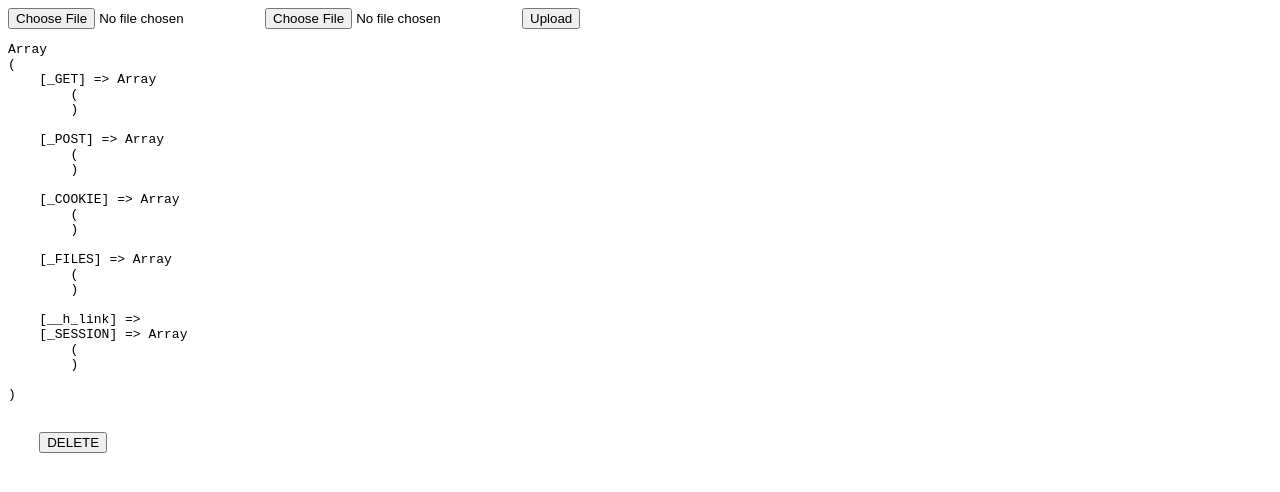
Repository: sara55m/File_Upload
Page: http://localhost/form2.php
These files come from the project's save history. The page is drawn as it stood at one moment and after the next save; the edit follows.
The browser window is 1280 px wide. The pictures show the whole page.
The page is run by PHP 8.4 with error messages shown; the project is at /var/www/html/.

Above is the page before, as saved 2024-09-02 22:55:28.

### form2.php
<!DOCTYPE html>
<html lang="en">
<head>
    <meta charset="UTF-8">
    <meta name="viewport" content="width=device-width, initial-scale=1.0">
    <title>File</title>
</head>
<body>
<form action="" method="post" enctype="multipart/form-data">

<input type="file" name="file0">
<input type="file" name="file1">
<input type="hidden" name="hd" value='upload'>
<input type="submit" name="submit" value="Upload">
</form>



<?php

require("my_func.php");

echo "<pre/>";

print_r($GLOBALS);
if($_POST){
    echo "<pre/>";
    print_r($_FILES);
    for($i=0;$i<count($_FILES);$i++){
    $mes=my_func($_FILES['file'.$i],3000,["png","gif","jpg","jpeg"],"uploads2/",$_GET['lang']);
    echo $mes[$_GET['lang']]."  ".$mes['file']."<br>";
    sleep(1);
    }

}
    ?>
    <form action="delete_func.php" method="post">
    <input type="submit" name="delete" value="DELETE">
    </form>


</body>
</html>

### my_func.php
<?php
session_start();
//$file=$_FILES["file"]
function my_func($file,$size,$exts,$path,$lang){
    $ext=explode(".",$file["name"]);
    $ext=end($ext);
    $ext=strtolower($ext);
    $size_limit=$size*1024;
    if($file['size']<=$size_limit){
        if(in_array($ext,$exts)){
            if(file_exists($path)){
                $name=time().".".$ext;
                move_uploaded_file($file["tmp_name"],$path.$name);
                $message["en"]= "File Uploaded Successfully";
                $message["ar"]= "تم رفع الملف بنجاح";
                $message['file']= $name;
                $_SESSION['count']=count($_FILES);
                $_SESSION['name']=$path.$name;
            }else{
                $message["en"]="Upload folder not found";
                $message["ar"]="المجلد غير موجود";
            }
        }else{
            $message["en"]="This file extension is not supported";
            $message["ar"]="هذا الامتداد غير مدعوم";
        }
    }else{
        $message["en"]="This file is too big";
        $message["ar"]="اللمف كبير للغاية";
    }
    return $message;
}
?>

After the next save:
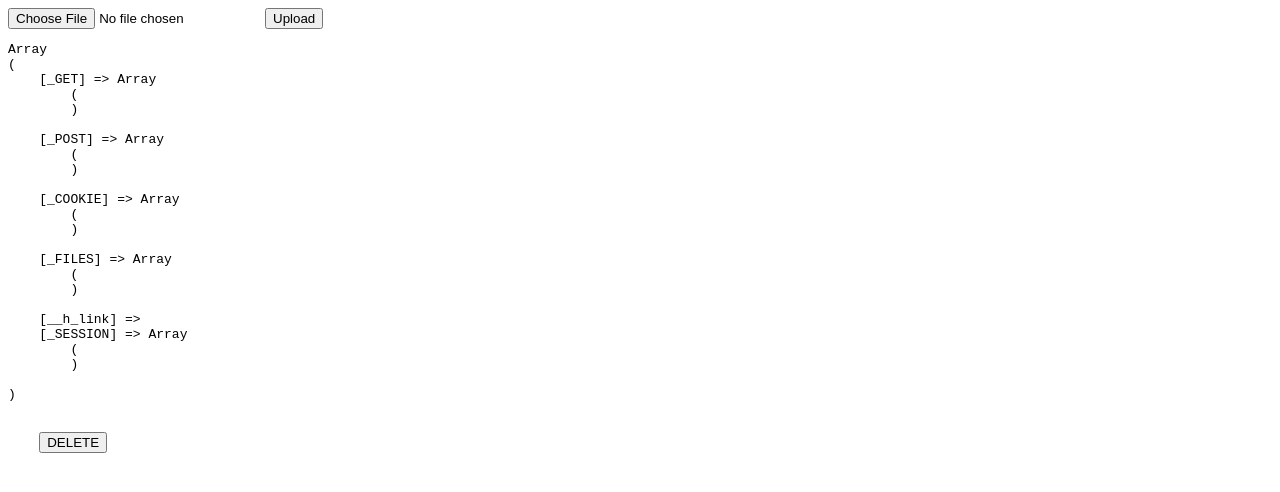
Saved 7 days later.
--- a/form2.php
+++ b/form2.php
@@ -9,7 +9,6 @@
 <form action="" method="post" enctype="multipart/form-data">
 
 <input type="file" name="file0">
-<input type="file" name="file1">
 <input type="hidden" name="hd" value='upload'>
 <input type="submit" name="submit" value="Upload">
 </form>
@@ -26,13 +25,11 @@ print_r($GLOBALS);
 if($_POST){
     echo "<pre/>";
     print_r($_FILES);
-    for($i=0;$i<count($_FILES);$i++){
-    $mes=my_func($_FILES['file'.$i],3000,["png","gif","jpg","jpeg"],"uploads2/",$_GET['lang']);
+    $mes=my_func($_FILES['file'],3000,["png","gif","jpg","jpeg"],"uploads2/",$_GET['lang']);
     echo $mes[$_GET['lang']]."  ".$mes['file']."<br>";
-    sleep(1);
     }
 
-}
+
     ?>
     <form action="delete_func.php" method="post">
     <input type="submit" name="delete" value="DELETE">
